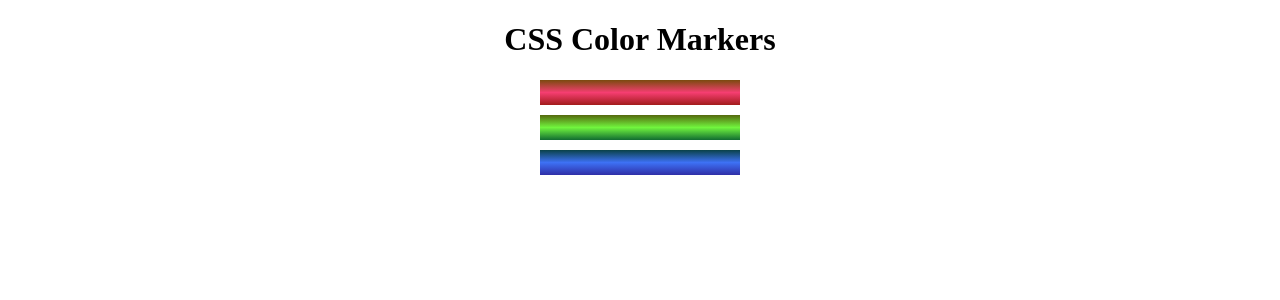
Repository: AimenDje/ColoredMarkers
Page: index.html
These files come from the project's save history. The page is drawn as it stood at one moment and after the next save; the edit follows.
The browser window is 1280 px wide. The pictures show the whole page.

Above is the page before, as saved 2025-05-09 02:06:04.

After the next save:
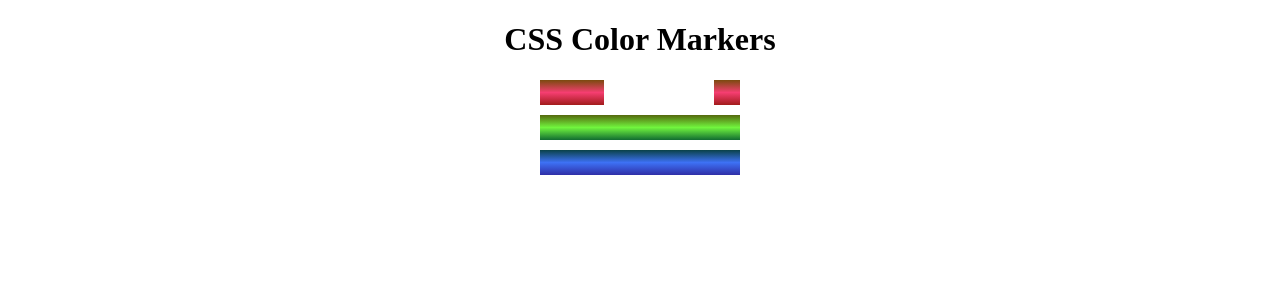
Saved 62 s later.
--- a/styles.css
+++ b/styles.css
@@ -30,3 +30,7 @@
   width:60px;
   height:25px;
 }
+
+.sleeve, .cap {
+  display:inline-block;
+}
